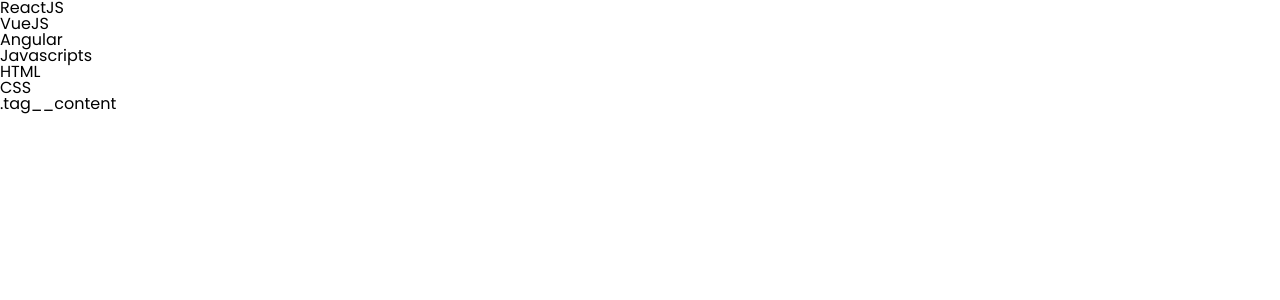
Repository: HoangLong0210/TabsUI
Page: index.html
The author's editor kept a copy of each file at every save. The page is drawn from the files as they stood at one save, then again after the next save.
The browser window is 1280 px wide. The pictures show the whole page.

Above is the page before, as saved 2022-05-16 10:55:05.

After the next save:
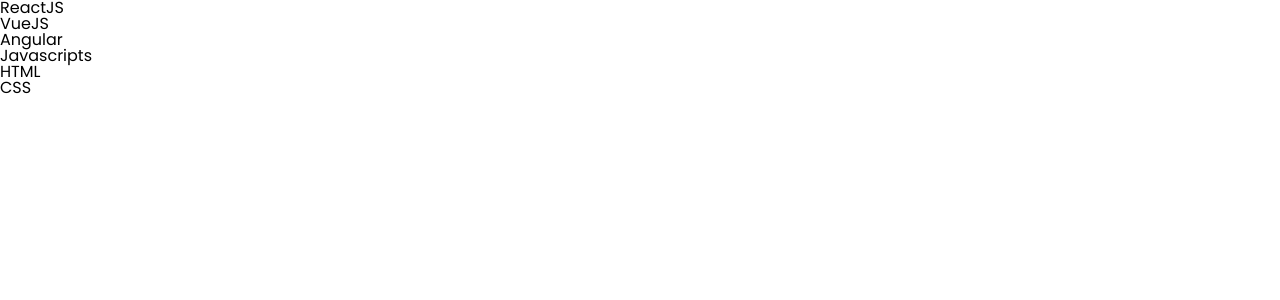
Saved 45 s later.
--- a/index.html
+++ b/index.html
@@ -39,6 +39,8 @@
 
 
     <!-- tags content -->
-    .tag__content
+    <div class="tag__content">
+
+    </div>
 </body>
 </html>
